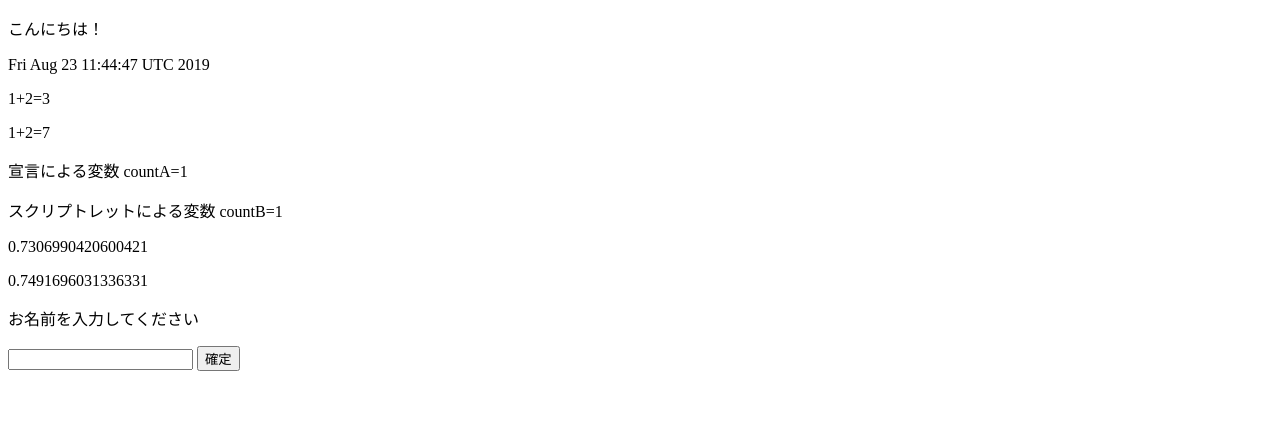
Repository: yoshida930/test
Page: http://localhost/HelloJSP/
The author's editor kept a copy of each file at every save. The page is drawn from the files as they stood at one save, then again after the next save.
The browser window is 1280 px wide. The pictures show the whole page.
The page is served by Tomcat 9.

Above is the page before, as saved 2019-08-26 10:30:29.

After the next save:
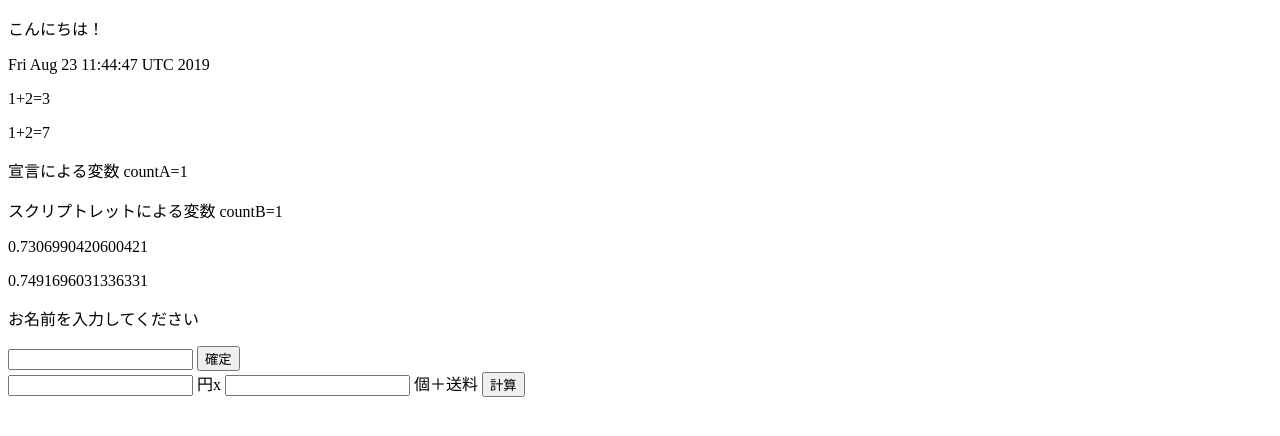
Saved 6 min 12 s later.
--- a/HelloJSP/WebContent/index.jsp
+++ b/HelloJSP/WebContent/index.jsp
@@ -30,5 +30,12 @@ int add(int a, int b){
      <input type="text" name="user">
      <input type="submit" value="確定">
      </form>
+     <form method="post" action="total-out.jsp">
+     <input type="text" name="price">
+     円x
+     <input type="text" name="delivery">
+     個＋送料
+     <input type="submit" value="計算">
+     </form>
 </body>
 </html>
